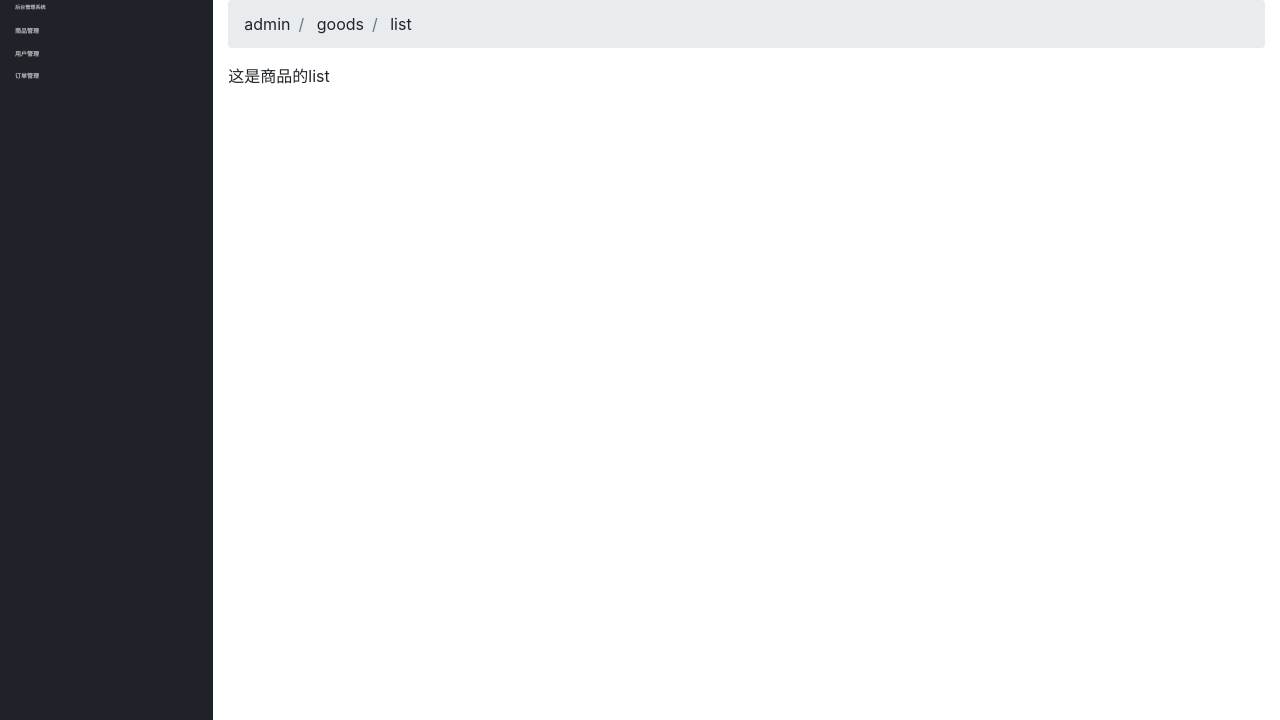
Repository: Rayfang0719/Vue-admin
Page: /admin/goods/list
The author's editor kept a copy of each file at every save. The page is drawn from the files as they stood at one save, then again after the next save.
The browser window is 1280 px wide. The pictures show the whole page.
The project was rebuilt for these pictures with package versions that can differ from the ones it lists, and the page was loaded fresh each time. Also part of the build but not shown: vue.config.js, src/pages/login.vue.

Above is the page before, as saved 2019-05-11 16:45:50.

After the next save:
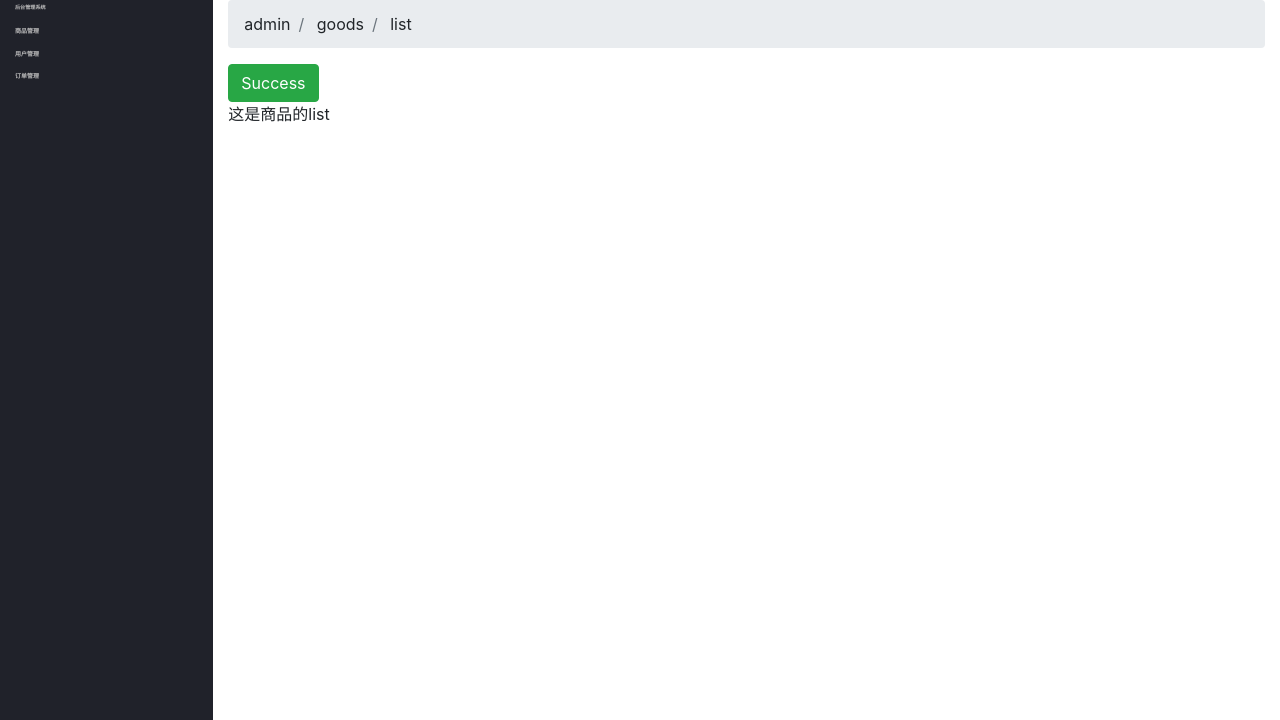
Saved 75 s later.
--- a/src/pages/admin/goods/goods.vue
+++ b/src/pages/admin/goods/goods.vue
@@ -1,13 +1,14 @@
 <template>
     <div>
+        <buttonCom ref="buttonCom"></buttonCom>
         <router-view></router-view>
     </div>
 </template>
 <script>
-import button from '../../../components/button.vue'
+import buttonCom from '../../../components/button.vue'
 export default {
     components:{
-      button:button
+      buttonCom:buttonCom
    }
 }
 </script>
